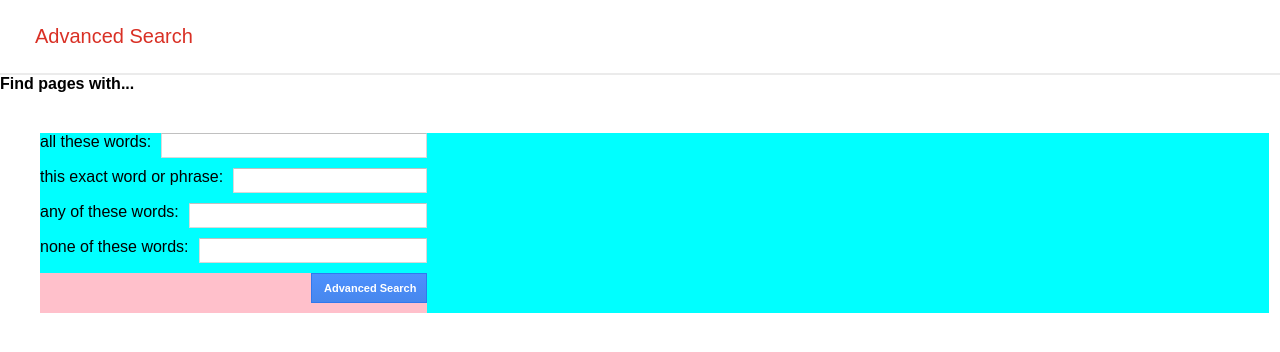
Repository: etentuk/search
Page: advanced_search.html
These files come from the project's save history. The page is drawn as it stood at one moment and after the next save; the edit follows.
The browser window is 1280 px wide. The pictures show the whole page.

Above is the page before, as saved 2021-11-05 16:21:24.

### advanced_search.html
<!DOCTYPE html>
<html lang="en">

<head>
    <link rel="icon" href="./google_search_new_logo_icon_159150.ico">
    <title>Advanced Search</title>
    <link rel="stylesheet" href="styles.css">
    <style>
        .form-content {
            display: flex;
        }

        .form-content .form-label {
            width: 100% flex: 1;
        }

        .form-input {
            flex: 1
        }

        .form-input input {
            border-radius: 1px;
            border: 1px solid #d9d9d9;
            border-top: 1px solid #c0c0c0;
            font-size: 13px;
            height: 25px;
            padding: 1px 8px;
            width: 100%;
            text-align: left;
        }
    </style>
</head>

<body>
    <div id="title">
        Advanced Search
    </div>
    <hr class="solid" style="border:1px solid #ebebeb;">
    <h4>Find pages with...</h4>
    <div>
        <form action="https://google.com/search" id="form">
            <div style="display: table-row;">
                <div class="form-content">
                    <div class="form-label">
                        <label for="as_q">all these words: </label>
                    </div>
                    <div class="form-input">
                        <input type="text" id="as_q" name="as_q">
                    </div>
                </div>
                <div class="form-content">
                    <div class="form-label">
                        <label for="as_epq">this exact word or phrase: </label>
                    </div>
                    <div class="form-input">
                        <input type="text" id="as_epq" name="as_epq">
                    </div>
                </div>
                <div class="form-content">
                    <div class="form-label">
                        <label for="as_oq">any of these words: </label>
                    </div>
                    <div class="form-input">
                        <input type="text" id="as_oq" name="as_oq">
                    </div>
                </div>
                <div class="form-content">
                    <div class="form-label">
                        <label for="as_eq">none of these words: </label>
                    </div>
                    <div class="form-input">
                        <input type="text" id="as_eq" name="as_eq">
                    </div>
                </div>
                <div id="submit">
                    <input type="submit" value="Advanced Search">
                </div>
        </form>
    </div>
</body>

</html>

### styles.css
* {
  margin: 0;
  padding: 0;
  box-sizing: border-box;
  font-family: Arial, sans-serif;
}

#title {
  color: #d93025;
  font-size: 20px;
  margin: 25px 35px;
}

#form {
  /* max-width: 1140px; */
  /* min-width: 100%; */
  background-color: aqua;
  width: 96%;
  margin: 40px;
}

.form-content {
  display: flex;
  flex-direction: row;
}

.form-content label {
  position: flex-start;
  padding-right: 10px;
  float: left;
}

.form-content input {
  position: flex-end;
  float: right;
  width: 500px;
}

label,
input {
  /* float: right; */
  display: table-cell;
  margin-bottom: 10px;
}

#submit {
  text-align: right;
  background-color: pink;
  width: 100%;
}

#submit input {
  border: 1px solid #3079ed;
  box-shadow: none;
  font-size: 11px;
  font-weight: bold;
  color: #fff;
  padding: 8px 12px;
  width: 30%;
  background-color: #4d90fe;
  background-image: -webkit-linear-gradient(top, #4d90fe, #4787ed);
}

After the next save:
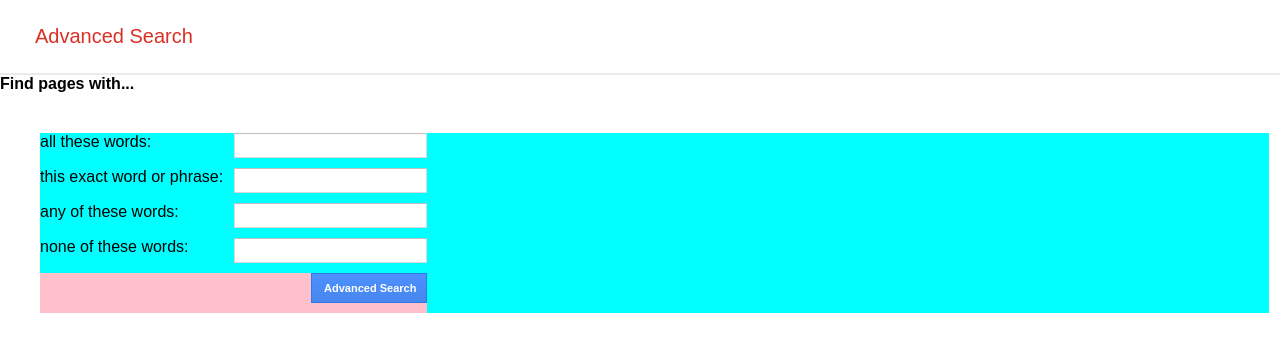
Saved 4 s later.
--- a/advanced_search.html
+++ b/advanced_search.html
@@ -11,7 +11,8 @@
         }
 
         .form-content .form-label {
-            width: 100% flex: 1;
+            width: 100%;
+            flex: 1;
         }
 
         .form-input {
